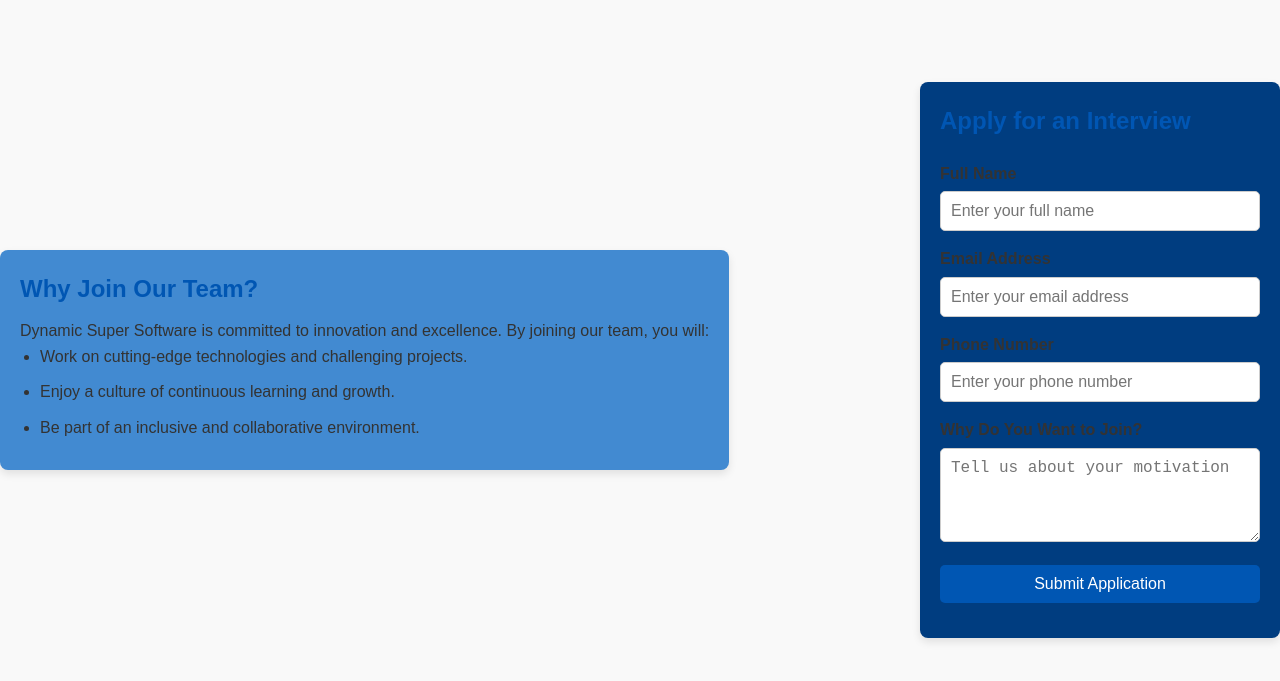
Repository: abhibkop27/CIMDR
Page: src/sample.html
These files come from the project's save history. The page is drawn as it stood at one moment and after the next save; the edit follows.
The browser window is 1280 px wide. The pictures show the whole page.

Above is the page before, as saved 2025-01-20 16:00:14.

After the next save:
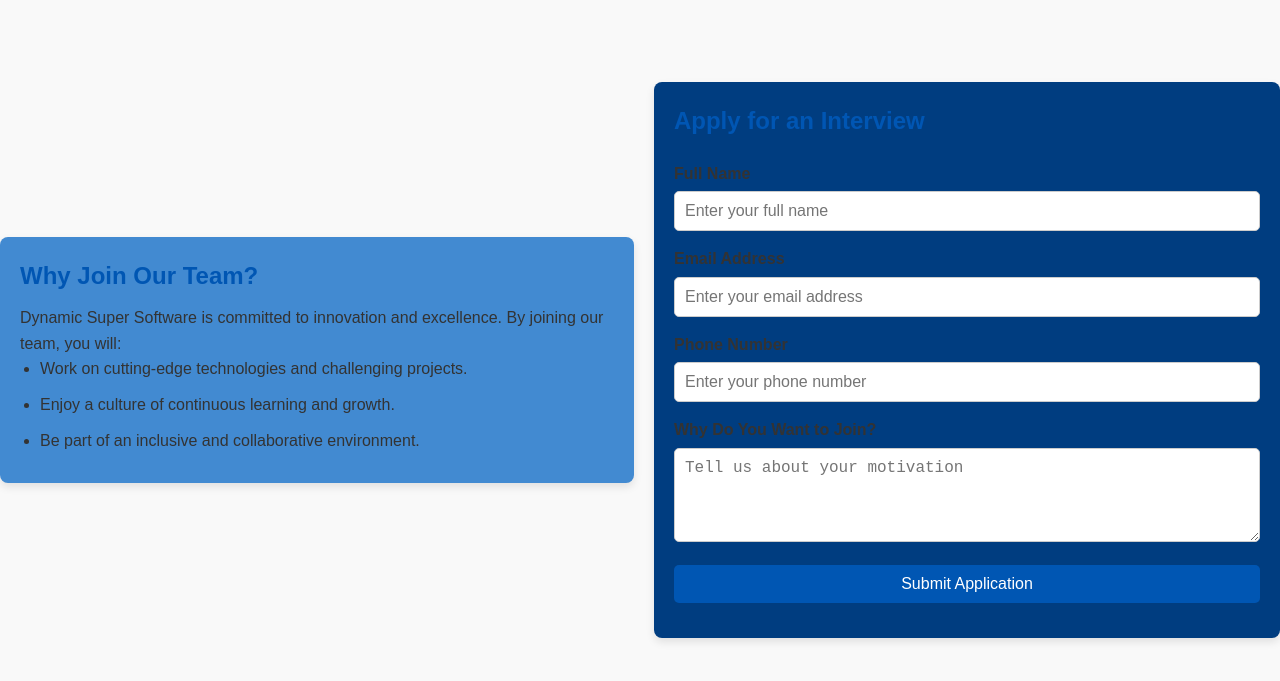
Saved 6 s later.
--- a/src/sample.html
+++ b/src/sample.html
@@ -51,7 +51,7 @@
 
     .form-section{
         background-color: #003d80;
-        width: 50vh;
+        width: 100vh;
     }
 
         .form-section h2 {
